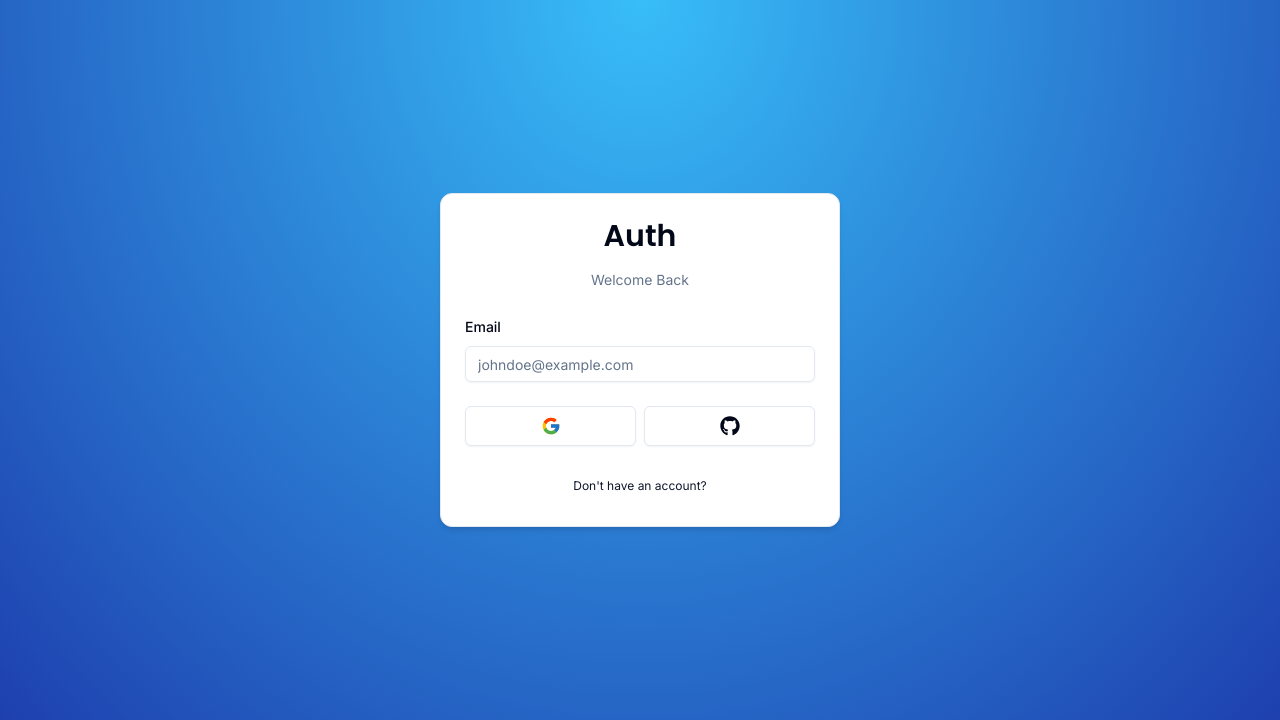
Repository: DevLaukey/next-auth-role-based
Page: /auth/login
An editor plug-in stored every save of this project. The page is shown before and after the next save, followed by the edit.
The browser window is 1280 px wide. The pictures show the whole page.
The project was rebuilt for these pictures with package versions that can differ from the ones it lists, and the page was loaded fresh each time. The framework's server and built-in components were replaced by stand-ins that run in the browser. Also part of the build but not shown: next.config.js.

Above is the page before, as saved 2024-01-16 02:41:44.

### app/auth/layout.tsx
import React from "react";

function AuthLayout({ children }: { children: React.ReactNode }) {
  return (
    <div className="h-full flex items-center justify-center  bg-[radial-gradient(ellipse_at_top,_var(--tw-gradient-stops))] from-sky-400 to-blue-800">
      {children}
    </div>
  );
}

export default AuthLayout;

### app/auth/login/page.tsx
import { LoginForm } from "@/components/auth/login-form"

function LoginPage() {
  return (
   <LoginForm/>
  )
}

export default LoginPage

### components/auth/login-form.tsx
"use client"
import * as z from "zod"

import { CardWrapper } from "./card-wrapper";
import { useForm } from "react-hook-form"
import { zodResolver } from "@hookform/resolvers/zod";
import { LoginSchema } from "@/schemas";
import { Form, FormControl, FormField, FormItem, FormLabel, FormMessage } from "@/components/ui/form"
import { Input } from "../ui/input";

export const LoginForm = () => {
  const form = useForm<z.infer<typeof LoginSchema>>({
    resolver: zodResolver(LoginSchema),
    defaultValues: {
      email: "",
      password: "",
    }
  });


  return (
    <CardWrapper
      headerLabel="Welcome Back"
      backButtonLabel="Don't have an account?"
      backButtonHref="/auth/register"
      showSocial
    >
      <Form {...form}>
        <form
          onSubmit={form.handleSubmit((data) => console.log(data))}
          className="space-y-6"
        >
          <div className="space-y-4">
            <FormField
              control={form.control}
              name="email"
              render={({ field }) => (
                <FormItem>
                  <FormLabel>Email</FormLabel>
                  <FormControl />
                  <Input {...field} placeholder="johndoe@example.com" type="email" />
                  <FormMessage {...field} />
                </FormItem>
              )}
            ></FormField>
          </div>
        </form>
      </Form>
    </CardWrapper>
  );
};

### components/auth/card-wrapper.tsx
"use client";

import { Card, CardContent, CardFooter, CardHeader } from "../ui/card";
import { BackButton } from "./back-button";
import { Header } from "./header";
import { Socials } from "./socials";

interface CardWrapperProps {
  children: React.ReactNode;
  headerLabel: string;
  backButtonLabel: string;
  backButtonHref: string;
  showSocial: boolean;
}

export const CardWrapper = ({
  children,
  headerLabel,
  backButtonLabel,
  backButtonHref,
  showSocial,
}: CardWrapperProps) => {
  return (
    <Card className="w-[400px] shadow-md">
      <CardHeader>
        <Header label={headerLabel} />
      </CardHeader>
          <CardContent>{children}</CardContent>
          {
              showSocial && (<CardFooter>
                  <Socials />
              </CardFooter>)
          }
          <CardFooter>
              <BackButton label={backButtonLabel}
                  href={ backButtonHref} />

          </CardFooter>
    </Card>
  );
};

### schemas/index.ts
import * as z from "zod"

export const LoginSchema = z.object({
    email: z.string().email(),
    password: z.string()
});

### components/ui/form.tsx
import * as React from "react"
import * as LabelPrimitive from "@radix-ui/react-label"
import { Slot } from "@radix-ui/react-slot"
import {
  Controller,
  ControllerProps,
  FieldPath,
  FieldValues,
  FormProvider,
  useFormContext,
} from "react-hook-form"

import { cn } from "@/lib/utils"
import { Label } from "@/components/ui/label"

const Form = FormProvider

type FormFieldContextValue<
  TFieldValues extends FieldValues = FieldValues,
  TName extends FieldPath<TFieldValues> = FieldPath<TFieldValues>
> = {
  name: TName
}

const FormFieldContext = React.createContext<FormFieldContextValue>(
  {} as FormFieldContextValue
)

const FormField = <
  TFieldValues extends FieldValues = FieldValues,
  TName extends FieldPath<TFieldValues> = FieldPath<TFieldValues>
>({
  ...props
}: ControllerProps<TFieldValues, TName>) => {
  return (
    <FormFieldContext.Provider value={{ name: props.name }}>
      <Controller {...props} />
    </FormFieldContext.Provider>
  )
}

const useFormField = () => {
  const fieldContext = React.useContext(FormFieldContext)
  const itemContext = React.useContext(FormItemContext)
  const { getFieldState, formState } = useFormContext()

  const fieldState = getFieldState(fieldContext.name, formState)

  if (!fieldContext) {
    throw new Error("useFormField should be used within <FormField>")
  }

  const { id } = itemContext

  return {
    id,
    name: fieldContext.name,
    formItemId: `${id}-form-item`,
    formDescriptionId: `${id}-form-item-description`,
    formMessageId: `${id}-form-item-message`,
    ...fieldState,
  }
}

type FormItemContextValue = {
  id: string
}

const FormItemContext = React.createContext<FormItemContextValue>(
  {} as FormItemContextValue
)

const FormItem = React.forwardRef<
  HTMLDivElement,
  React.HTMLAttributes<HTMLDivElement>
>(({ className, ...props }, ref) => {
  const id = React.useId()

  return (
    <FormItemContext.Provider value={{ id }}>
      <div ref={ref} className={cn("space-y-2", className)} {...props} />
    </FormItemContext.Provider>
  )
})
FormItem.displayName = "FormItem"

const FormLabel = React.forwardRef<
  React.ElementRef<typeof LabelPrimitive.Root>,
  React.ComponentPropsWithoutRef<typeof LabelPrimitive.Root>
>(({ className, ...props }, ref) => {
  const { error, formItemId } = useFormField()

  return (
    <Label
      ref={ref}
      className={cn(error && "text-destructive", className)}
      htmlFor={formItemId}
      {...props}
    />
  )
})
FormLabel.displayName = "FormLabel"

const FormControl = React.forwardRef<
  React.ElementRef<typeof Slot>,
  React.ComponentPropsWithoutRef<typeof Slot>
>(({ ...props }, ref) => {
  const { error, formItemId, formDescriptionId, formMessageId } = useFormField()

  return (
    <Slot
      ref={ref}
      id={formItemId}
      aria-describedby={
        !error
          ? `${formDescriptionId}`
          : `${formDescriptionId} ${formMessageId}`
      }
      aria-invalid={!!error}
      {...props}
    />
  )
})
FormControl.displayName = "FormControl"

const FormDescription = React.forwardRef<
  HTMLParagraphElement,
  React.HTMLAttributes<HTMLParagraphElement>
>(({ className, ...props }, ref) => {
  const { formDescriptionId } = useFormField()

  return (
    <p
      ref={ref}
      id={formDescriptionId}
      className={cn("text-[0.8rem] text-muted-foreground", className)}
      {...props}
    />
  )
})
FormDescription.displayName = "FormDescription"

const FormMessage = React.forwardRef<
  HTMLParagraphElement,
  React.HTMLAttributes<HTMLParagraphElement>
>(({ className, children, ...props }, ref) => {
  const { error, formMessageId } = useFormField()
  const body = error ? String(error?.message) : children

  if (!body) {
    return null
  }

  return (
    <p
      ref={ref}
      id={formMessageId}
      className={cn("text-[0.8rem] font-medium text-destructive", className)}
      {...props}
    >
      {body}
    </p>
  )
})
FormMessage.displayName = "FormMessage"

export {
  useFormField,
  Form,
  FormItem,
  FormLabel,
  FormControl,
  FormDescription,
  FormMessage,
  FormField,
}

### components/ui/input.tsx
import * as React from "react"

import { cn } from "@/lib/utils"

export interface InputProps
  extends React.InputHTMLAttributes<HTMLInputElement> {}

const Input = React.forwardRef<HTMLInputElement, InputProps>(
  ({ className, type, ...props }, ref) => {
    return (
      <input
        type={type}
        className={cn(
          "flex h-9 w-full rounded-md border border-input bg-transparent px-3 py-1 text-sm shadow-sm transition-colors file:border-0 file:bg-transparent file:text-sm file:font-medium placeholder:text-muted-foreground focus-visible:outline-none focus-visible:ring-1 focus-visible:ring-ring disabled:cursor-not-allowed disabled:opacity-50",
          className
        )}
        ref={ref}
        {...props}
      />
    )
  }
)
Input.displayName = "Input"

export { Input }

### components/ui/card.tsx
import * as React from "react"

import { cn } from "@/lib/utils"

const Card = React.forwardRef<
  HTMLDivElement,
  React.HTMLAttributes<HTMLDivElement>
>(({ className, ...props }, ref) => (
  <div
    ref={ref}
    className={cn(
      "rounded-xl border bg-card text-card-foreground shadow",
      className
    )}
    {...props}
  />
))
Card.displayName = "Card"

const CardHeader = React.forwardRef<
  HTMLDivElement,
  React.HTMLAttributes<HTMLDivElement>
>(({ className, ...props }, ref) => (
  <div
    ref={ref}
    className={cn("flex flex-col space-y-1.5 p-6", className)}
    {...props}
  />
))
CardHeader.displayName = "CardHeader"

const CardTitle = React.forwardRef<
  HTMLParagraphElement,
  React.HTMLAttributes<HTMLHeadingElement>
>(({ className, ...props }, ref) => (
  <h3
    ref={ref}
    className={cn("font-semibold leading-none tracking-tight", className)}
    {...props}
  />
))
CardTitle.displayName = "CardTitle"

const CardDescription = React.forwardRef<
  HTMLParagraphElement,
  React.HTMLAttributes<HTMLParagraphElement>
>(({ className, ...props }, ref) => (
  <p
    ref={ref}
    className={cn("text-sm text-muted-foreground", className)}
    {...props}
  />
))
CardDescription.displayName = "CardDescription"

const CardContent = React.forwardRef<
  HTMLDivElement,
  React.HTMLAttributes<HTMLDivElement>
>(({ className, ...props }, ref) => (
  <div ref={ref} className={cn("p-6 pt-0", className)} {...props} />
))
CardContent.displayName = "CardContent"

const CardFooter = React.forwardRef<
  HTMLDivElement,
  React.HTMLAttributes<HTMLDivElement>
>(({ className, ...props }, ref) => (
  <div
    ref={ref}
    className={cn("flex items-center p-6 pt-0", className)}
    {...props}
  />
))
CardFooter.displayName = "CardFooter"

export { Card, CardHeader, CardFooter, CardTitle, CardDescription, CardContent }

### components/auth/back-button.tsx
"use client";

import Link from "next/link";
import { Button } from "../ui/button";

interface BackButtonProps {
  label: string;
  href: string;
}
export const BackButton = ({ href, label }: BackButtonProps) => {
  return (
    <Button className="w-full font-normal" variant="link" size="sm" asChild>
      <Link href={href}>{label}</Link>
    </Button>
  );
};

### components/auth/header.tsx
import { Poppins } from "next/font/google";
import { cn } from "@/lib/utils";

const font = Poppins({
  subsets: ["latin"],
  weight: ["600"],
});

interface HeaderProps {
  label: string;
}

export const Header = ({ label }: HeaderProps) => {
  return (
    <div className="w-full flex flex-col gap-y-4 items-center justify-center">
      <h1 className={cn("text-3xl font-semibold", font.className)}>Auth</h1>
      <p className="text-muted-foreground text-sm">{label}</p>
    </div>
  );
};

### components/auth/socials.tsx
"use client";

import { FcGoogle } from "react-icons/fc";
import {FaGithub } from "react-icons/fa";
import { Button } from "../ui/button";

export const Socials = () => {
  return (
    <div className="flex items-center w-full gap-x-2">
      <Button className="w-full" variant="outline" size="lg">
        <FcGoogle className=" h-5 w-5" />
      </Button>
      <Button className="w-full" variant="outline" size="lg">
        <FaGithub className=" h-5 w-5" />
      </Button>
    </div>
  );
};

### components/ui/label.tsx
"use client"

import * as React from "react"
import * as LabelPrimitive from "@radix-ui/react-label"
import { cva, type VariantProps } from "class-variance-authority"

import { cn } from "@/lib/utils"

const labelVariants = cva(
  "text-sm font-medium leading-none peer-disabled:cursor-not-allowed peer-disabled:opacity-70"
)

const Label = React.forwardRef<
  React.ElementRef<typeof LabelPrimitive.Root>,
  React.ComponentPropsWithoutRef<typeof LabelPrimitive.Root> &
    VariantProps<typeof labelVariants>
>(({ className, ...props }, ref) => (
  <LabelPrimitive.Root
    ref={ref}
    className={cn(labelVariants(), className)}
    {...props}
  />
))
Label.displayName = LabelPrimitive.Root.displayName

export { Label }

### components/ui/button.tsx
import * as React from "react"
import { Slot } from "@radix-ui/react-slot"
import { cva, type VariantProps } from "class-variance-authority"

import { cn } from "@/lib/utils"

const buttonVariants = cva(
  "inline-flex items-center justify-center whitespace-nowrap rounded-md text-sm font-medium transition-colors focus-visible:outline-none focus-visible:ring-1 focus-visible:ring-ring disabled:pointer-events-none disabled:opacity-50",
  {
    variants: {
      variant: {
        default:
          "bg-primary text-primary-foreground shadow hover:bg-primary/90",
        destructive:
          "bg-destructive text-destructive-foreground shadow-sm hover:bg-destructive/90",
        outline:
          "border border-input bg-background shadow-sm hover:bg-accent hover:text-accent-foreground",
        secondary:
          "bg-secondary text-secondary-foreground shadow-sm hover:bg-secondary/80",
        ghost: "hover:bg-accent hover:text-accent-foreground",
        link: "text-primary underline-offset-4 hover:underline",
      },
      size: {
        default: "h-9 px-4 py-2",
        sm: "h-8 rounded-md px-3 text-xs",
        lg: "h-10 rounded-md px-8",
        icon: "h-9 w-9",
      },
    },
    defaultVariants: {
      variant: "default",
      size: "default",
    },
  }
)

export interface ButtonProps
  extends React.ButtonHTMLAttributes<HTMLButtonElement>,
    VariantProps<typeof buttonVariants> {
  asChild?: boolean
}

const Button = React.forwardRef<HTMLButtonElement, ButtonProps>(
  ({ className, variant, size, asChild = false, ...props }, ref) => {
    const Comp = asChild ? Slot : "button"
    return (
      <Comp
        className={cn(buttonVariants({ variant, size, className }))}
        ref={ref}
        {...props}
      />
    )
  }
)
Button.displayName = "Button"

export { Button, buttonVariants }

Loaded but not shown: app/layout.tsx (common file); app/globals.css (common file); lib/utils.ts (common file); tailwind.config.ts (common file)

After the next save:
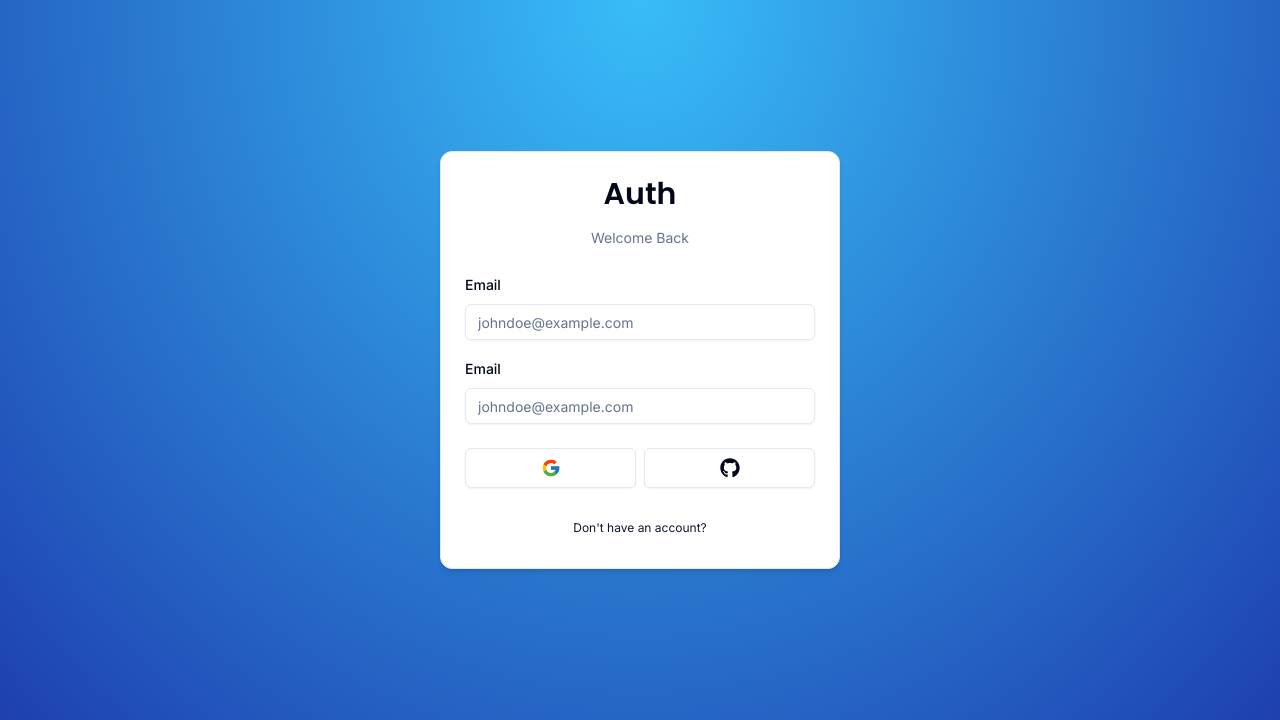
Saved 94 s later.
--- a/components/auth/login-form.tsx
+++ b/components/auth/login-form.tsx
@@ -38,11 +38,31 @@ export const LoginForm = () => {
                 <FormItem>
                   <FormLabel>Email</FormLabel>
                   <FormControl />
-                  <Input {...field} placeholder="johndoe@example.com" type="email" />
+                  <Input
+                    {...field}
+                    placeholder="johndoe@example.com"
+                    type="email"
+                  />
                   <FormMessage {...field} />
                 </FormItem>
               )}
-            ></FormField>
+            />
+            <FormField
+              control={form.control}
+              name="email"
+              render={({ field }) => (
+                <FormItem>
+                  <FormLabel>Email</FormLabel>
+                  <FormControl />
+                  <Input
+                    {...field}
+                    placeholder="johndoe@example.com"
+                    type="email"
+                  />
+                  <FormMessage {...field} />
+                </FormItem>
+              )}
+            />
           </div>
         </form>
       </Form>
